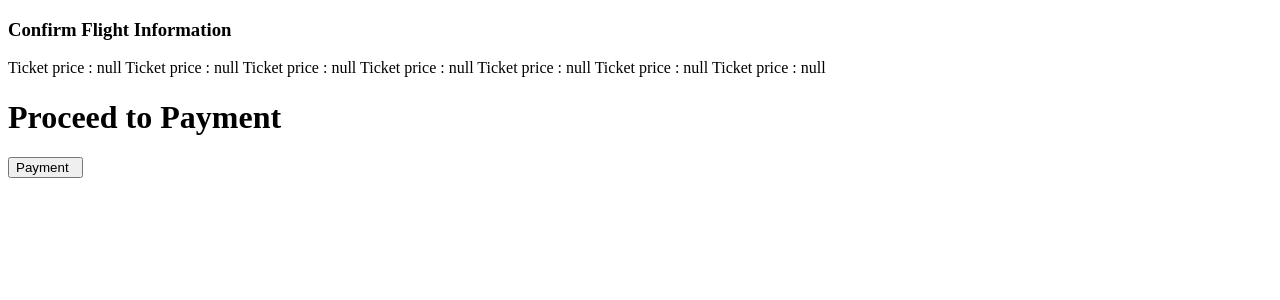
Repository: Shivani2392/FlyAwayProject
Page: http://localhost/FlightBookingPortal/BookFlight.jsp
The author's editor kept a copy of each file at every save. The page is drawn from the files as they stood at one save, then again after the next save.
The browser window is 1280 px wide. The pictures show the whole page.
The page is served by Tomcat 9. Other server files are loaded and not shown.

Above is the page before, as saved 2020-11-21 06:45:19.

### FlightBookingPortal/src/main/webapp/BookFlight.jsp
<%@ page language="java" contentType="text/html; charset=ISO-8859-1"
    pageEncoding="ISO-8859-1"%>
<!DOCTYPE html>
<html>
<head>
<meta charset="ISO-8859-1">
<title>Flight Details</title>
</head>
<body>
<h3>Confirm Flight Information</h3>
<%
out.println("Ticket price : ");
out.println(request.getParameter("price"));

out.println("Ticket price : ");
out.println(request.getParameter("price"));

out.println("Ticket price : ");
out.println(request.getParameter("price"));

out.println("Ticket price : ");
out.println(request.getParameter("price"));

out.println("Ticket price : ");
out.println(request.getParameter("price"));

out.println("Ticket price : ");
out.println(request.getParameter("price"));

out.println("Ticket price : ");
out.println(request.getParameter("price"));

%>



<h1>Proceed to Payment</h1>
<input type="submit" value="Payment	" name="Payment"></input>
</body>
</html>

After the next save:
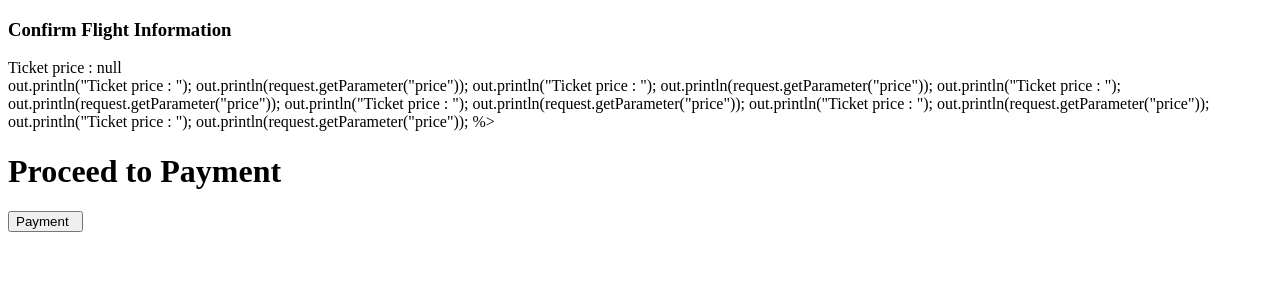
Saved 7 s later.
--- a/FlightBookingPortal/src/main/webapp/BookFlight.jsp
+++ b/FlightBookingPortal/src/main/webapp/BookFlight.jsp
@@ -11,7 +11,8 @@
 <%
 out.println("Ticket price : ");
 out.println(request.getParameter("price"));
-
+%>
+<br>
 out.println("Ticket price : ");
 out.println(request.getParameter("price"));
 
